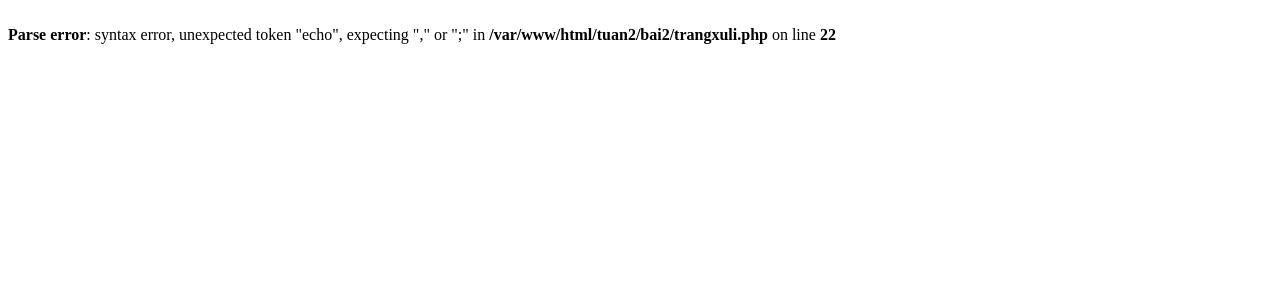
Repository: iamwind-dev/PHP
Page: http://localhost/tuan2/bai2/trangxuli.php
These files come from the project's save history. The page is drawn as it stood at one moment and after a run of saves; the edit follows.
The browser window is 1280 px wide. The pictures show the whole page.
The page is run by PHP 8.4 with error messages shown; the project is at /var/www/html/.

Above is the page before, as saved 2023-09-15 17:02:57.

### tuan2/bai2/trangxuli.php
<!DOCTYPE html>
<html lang="en">

<head>
    <meta charset="UTF-8">
    <meta name="viewport" content="width=device-width, initial-scale=1.0">
    <title>Thông tin đăng ký</title>
</head>

<body>
    <h1>Thông tin đăng ký</h1>
    <?php
    if ($_SERVER["REQUEST_METHOD"] == "POST") {
        $username = $_POST["username"];
        $password = $_POST["password"];
        $gender = isset($_POST["gender"]) ? $_POST["gender"] : "";
        $hobbies = isset($_POST["hobby"]) ? implode(", ", $_POST["hobby"]) : "";
        $country = $_POST["country"];

        echo "<p>Tên đăng nhập: $username</p>";
        echo "<p>Mật khẩu: $pass"
        echo "<p>Giới tính: $gender</p>";
        echo "<p>Sở thích: $hobbies</p>";
        echo "<p>Quốc gia: $country</p>";
    }
    ?>
</body>

</html>

After the next 5 saves:
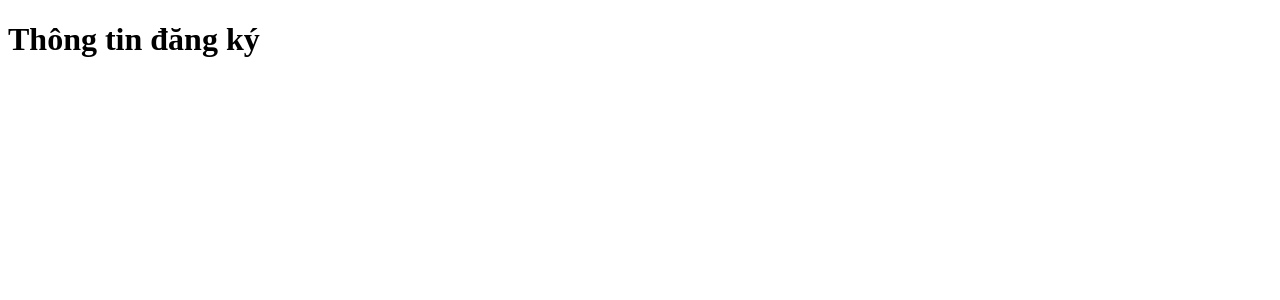
The 5 saves are shown as one change because they came seconds apart.
The last was saved 11 s later.
--- a/tuan2/bai2/trangxuli.php
+++ b/tuan2/bai2/trangxuli.php
@@ -18,7 +18,7 @@
         $country = $_POST["country"];
 
         echo "<p>Tên đăng nhập: $username</p>";
-        echo "<p>Mật khẩu: $pass"
+        echo "<p>Mật khẩu: $password</p>";
         echo "<p>Giới tính: $gender</p>";
         echo "<p>Sở thích: $hobbies</p>";
         echo "<p>Quốc gia: $country</p>";
